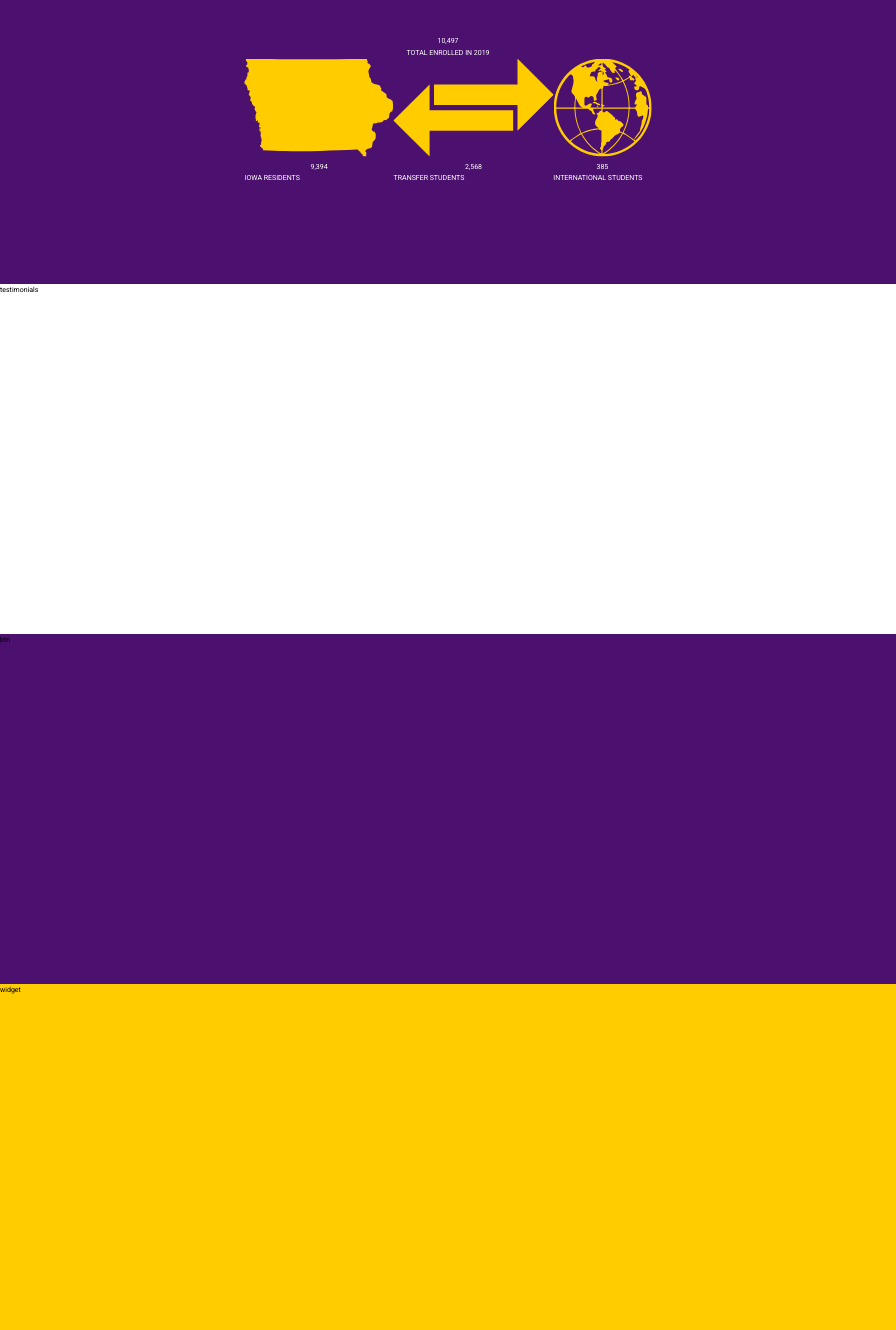
Repository: trietngo/nisg
Page: index.html
These files come from the project's save history. The page is drawn as it stood at one moment and after a run of saves; the edit follows.
The browser window is 1280 px wide. The pictures show the part of the page from y = 814 to 2714 px (the page is 3020 px tall), at 70% of full size.
Some web fonts or font styles are not loaded; a fallback is used. The style sheet was rebuilt from its Sass, Less or Tailwind sources for each picture, by a compiler version that may differ from the author's.

Above is the page before, as saved 2020-08-26 11:36:28.

After the next 2 saves:
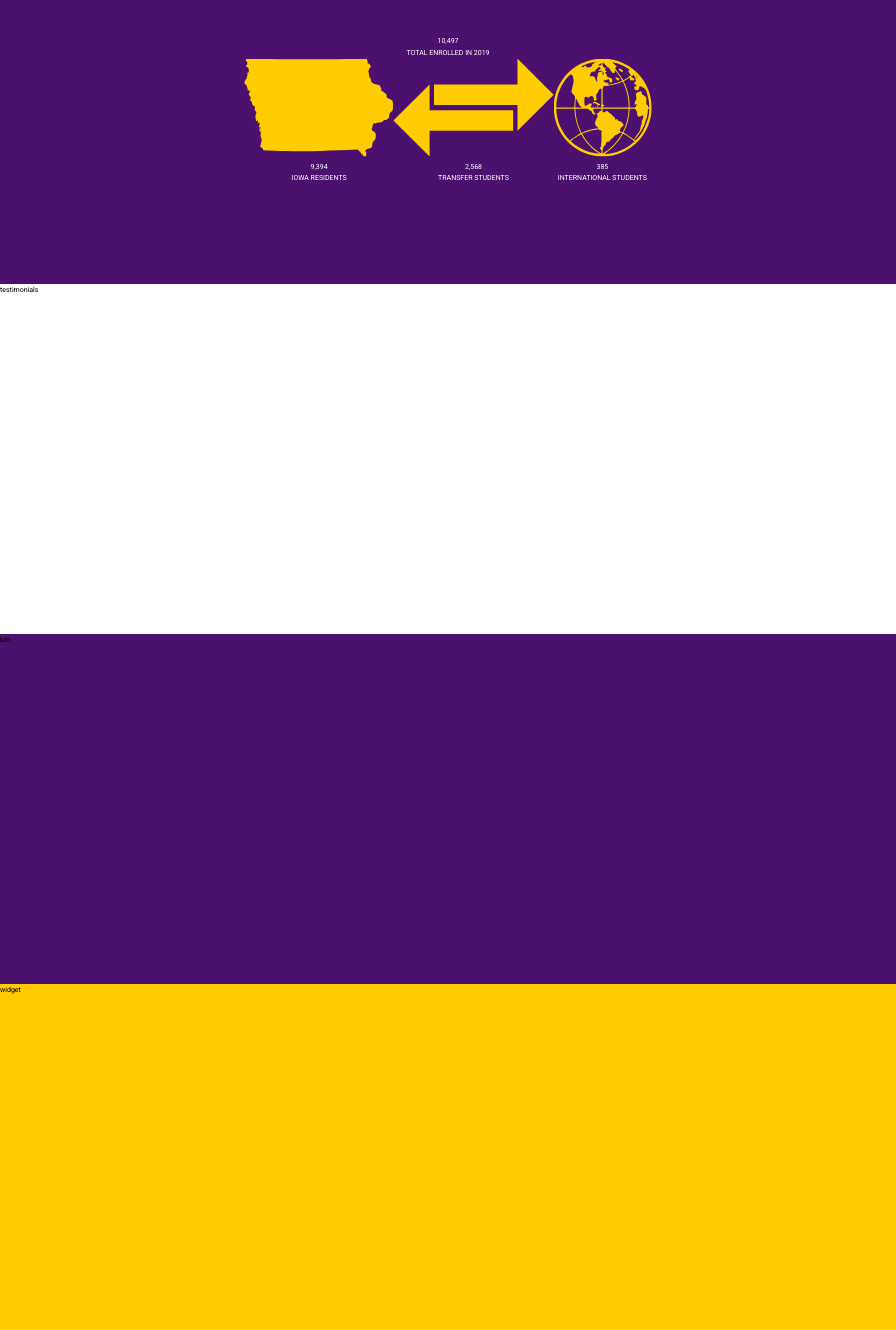
The 2 saves are shown as one change because they came seconds apart.
The last was saved 12 s later.
--- a/sass/layout/_enrollment.scss
+++ b/sass/layout/_enrollment.scss
@@ -27,5 +27,9 @@
         &--title {
             text-align: center;
         }
+
+        &--subtitle {
+            text-align: center;
+        }
     }
 }
